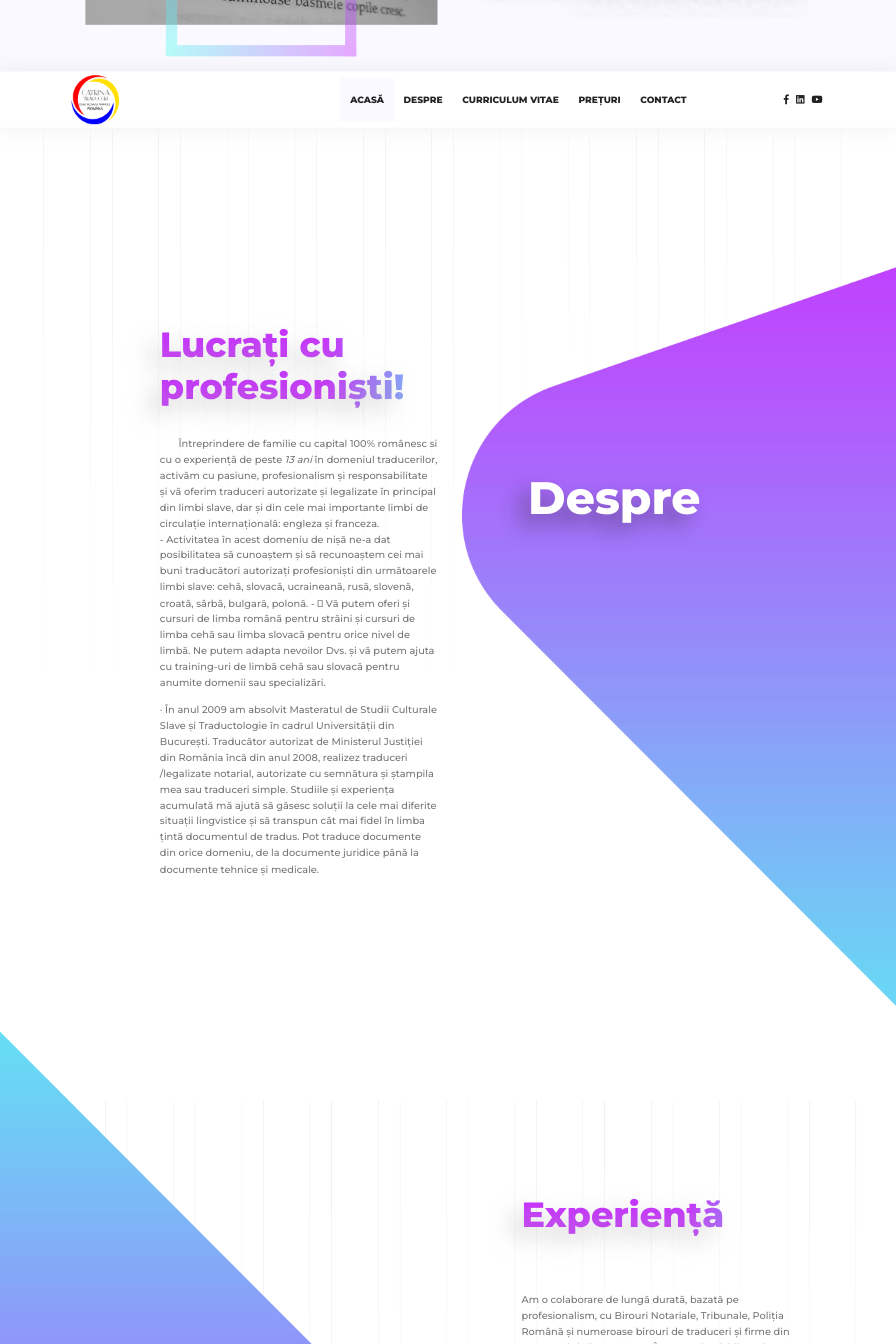
Repository: roscaImarius/site_traduceri
Page: index.html
These files come from the project's save history. The page is drawn as it stood at one moment and after the next save; the edit follows.
The browser window is 1280 px wide. The pictures show the part of the page from y = 509 to 2429 px (the page is 7580 px tall), at 70% of full size.

Above is the page before, as saved 2022-03-17 15:02:07.

After the next save:
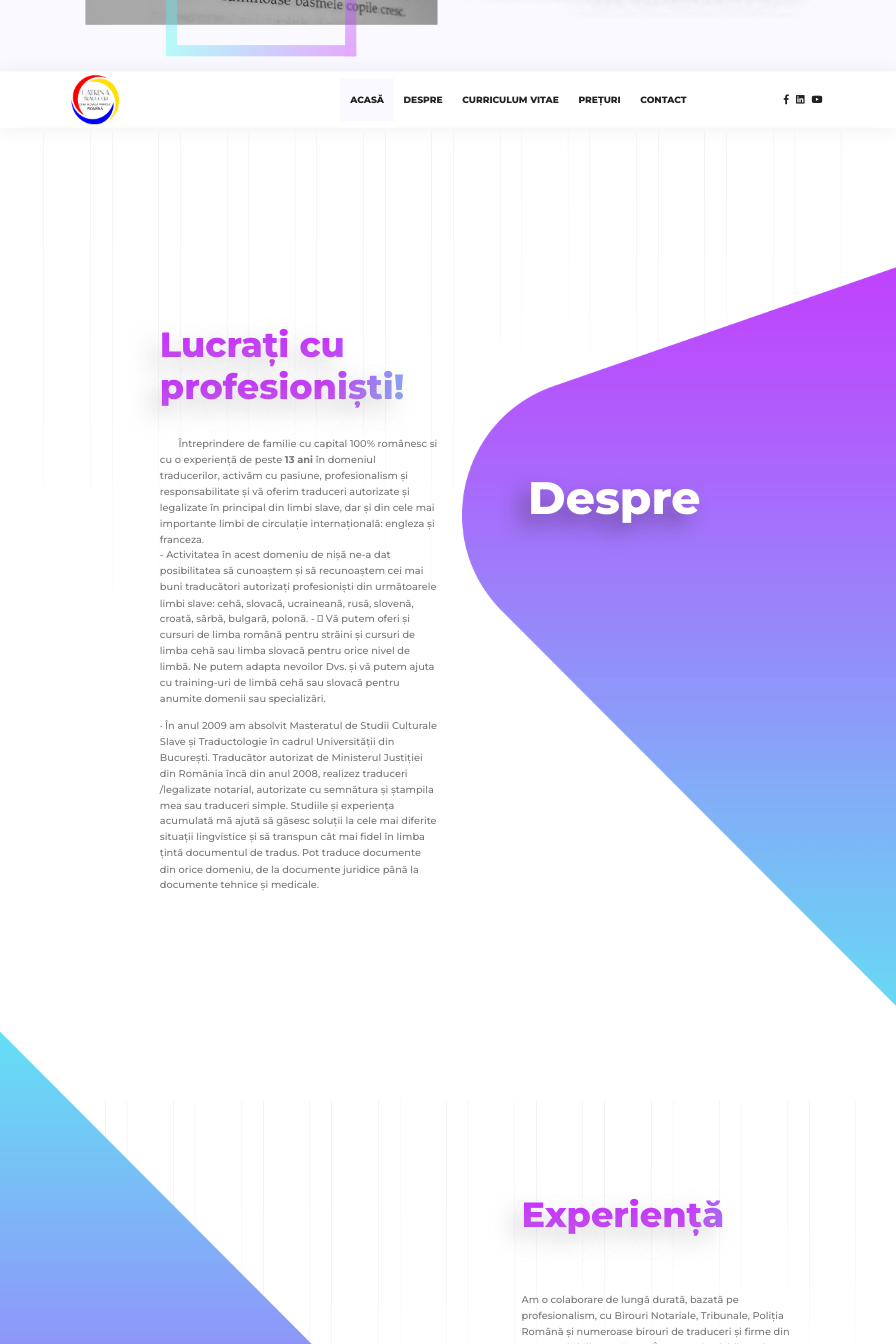
Saved 84 s later.
--- a/index.html
+++ b/index.html
@@ -135,19 +135,20 @@
             <h2 class="heading mb-40">Lucrați cu profesioniști!</h2>
             <p style="text-indent: 20pt">
               Întreprindere de familie cu capital 100% românesc si cu o
-              experiență de peste <i>13 ani</i> în domeniul traducerilor,
-              activăm cu pasiune, profesionalism și responsabilitate și vă
-              oferim traduceri autorizate și legalizate în principal din limbi
-              slave, dar și din cele mai importante limbi de circulație
-              internațională: engleza și franceza. <br />- Activitatea în acest
-              domeniu de nișă ne-a dat posibilitatea să cunoaștem și să
-              recunoaștem cei mai buni traducători autorizați profesioniști din
-              următoarele limbi slave: cehă, slovacă, ucraineană, rusă, slovenă,
-              croată, sârbă, bulgară, polonă. -  Vă putem oferi și cursuri de
-              limba română pentru străini și cursuri de limba cehă sau limba
-              slovacă pentru orice nivel de limbă. Ne putem adapta nevoilor Dvs.
-              și vă putem ajuta cu training-uri de limbă cehă sau slovacă pentru
-              anumite domenii sau specializări.
+              experiență de peste
+              <span style="font-weight: bold">13 ani</span> în domeniul
+              traducerilor, activăm cu pasiune, profesionalism și
+              responsabilitate și vă oferim traduceri autorizate și legalizate
+              în principal din limbi slave, dar și din cele mai importante limbi
+              de circulație internațională: engleza și franceza. <br />-
+              Activitatea în acest domeniu de nișă ne-a dat posibilitatea să
+              cunoaștem și să recunoaștem cei mai buni traducători autorizați
+              profesioniști din următoarele limbi slave: cehă, slovacă,
+              ucraineană, rusă, slovenă, croată, sârbă, bulgară, polonă. -  Vă
+              putem oferi și cursuri de limba română pentru străini și cursuri
+              de limba cehă sau limba slovacă pentru orice nivel de limbă. Ne
+              putem adapta nevoilor Dvs. și vă putem ajuta cu training-uri de
+              limbă cehă sau slovacă pentru anumite domenii sau specializări.
             </p>
             <p class="mb-50">
               &middot; În anul 2009 am absolvit Masteratul de Studii Culturale
